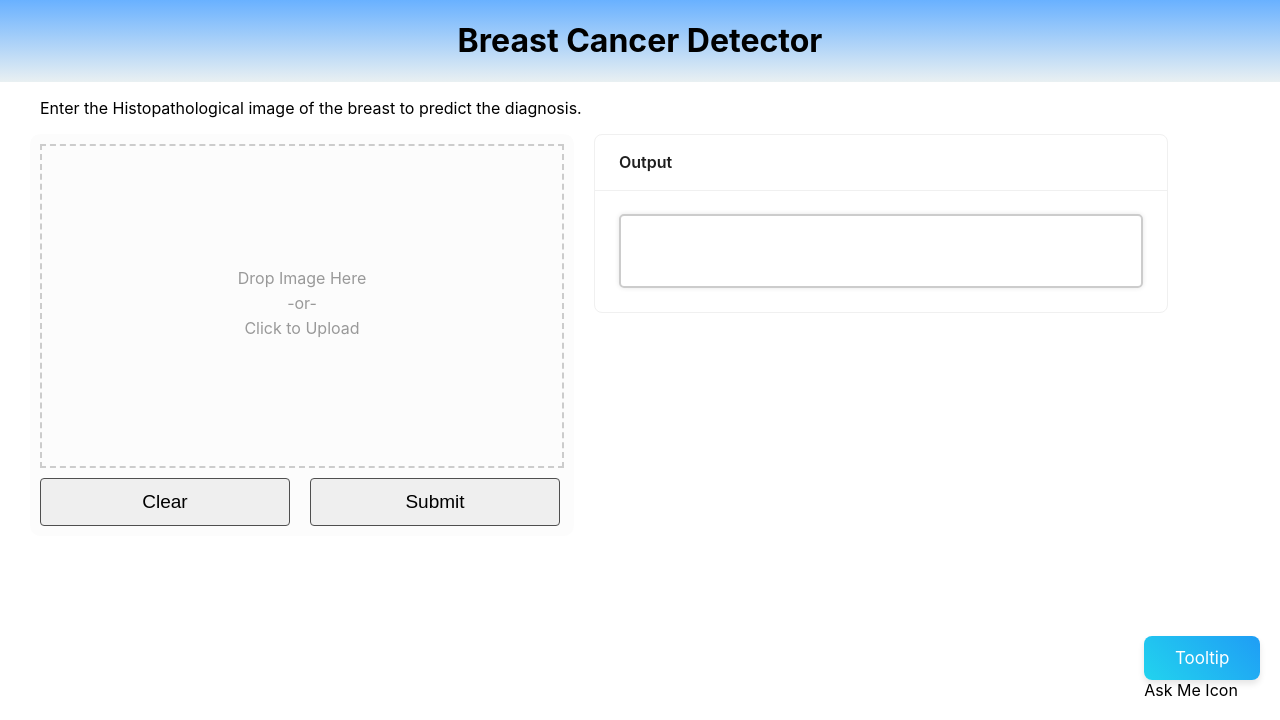
Repository: xshamrose/RAYi-AI
Page: /BreastCancerDetector-app (app in client/)
These files come from the project's save history. The page is drawn as it stood at one moment and after the next save; the edit follows.
The browser window is 1280 px wide. The pictures show the whole page.
The project was rebuilt for these pictures with package versions that can differ from the ones it lists, and the page was loaded fresh each time. Also part of the build but not shown: client/src/App.css, client/src/pages/Home.js, client/src/pages/home.css.

Above is the page before, as saved 2024-03-09 13:08:24.

### client/src/App.js
import "./App.css";
import React from "react";
import Candetect from "./pages/Candetect";
import Home from "./pages/Home";
import "./pages/home.css";
import { BrowserRouter as Router, Routes, Route } from "react-router-dom";

function App() {
  return (
    <div className="App">
      <Router>
        <Routes>
          <Route exact path="/" element={<Home />} />
          <Route path="/BreastCancerDetector-app" element={<Candetect />} />

          {/*  Future Use for Pipe Counting Detection
          <Route
            path="/Pipe"
            element={<Candetect title={headerTitle} content={content} />}
          /> */}
        </Routes>
      </Router>
    </div>
  );
}

export default App;

### client/src/pages/Candetect.js
import React, { useState } from "react";
import "../pages/Candetect.css";
import { Card } from "antd";
import deleteicon from "../assets/delete-.svg";
import axios from "axios";

function Candetect() {
  const [imageFile, setImageFile] = useState(null);
  const [errorMessage, setErrorMessage] = useState("");
  const [loading, setLoading] = useState(false);
  const [responseData, setResponseData] = useState("");

  const handleFileInputChange = (event) => {
    const file = event.target.files[0];
    if (file) {
      setImageFile(file);
    }
  };

  const handleClearImage = () => {
    setImageFile(null);
    //reset the file input
    const fileInput = document.getElementById("file-input");
    if (fileInput) {
      fileInput.value = "";
    }
    setErrorMessage("");
  };

  const handleDeleteImage = () => {
    setImageFile(null);
    //reset the file input
    const fileInput = document.getElementById("file-input");
    if (fileInput) {
      fileInput.value = "";
    }
  };

  const handleSubmit = () => {
    if (!imageFile) {
      setErrorMessage("Please upload an Image");
      console.log("Please upload an Image");
    } else {
      const formData = new FormData();
      formData.append("image", imageFile);
      setLoading(true);
      axios
        .post("http://ct.rayi.in:5002/predicttest", formData, {
          headers: {
            "Content-Type": "multipart/form-data",
          },
        })
        .then((response) => {
          setLoading(false);
          setResponseData(response.data);
          console.log(response.data);
        })
        .catch((error) => {
          if (error.response) {
            console.error("Error Response Data:", error.response.data);
            console.error("Error Response Status:", error.response.status);
          } else if (error.request) {
            console.error("No response received:", error.request);
          } else {
            console.error("Error:", error.message);
          }
          setErrorMessage("Failed to submit. Please try again.");
        });
    }
  };

  return (
    <div>
      <div
        style={{
          display: "flex",
          justifyContent: "center",
          alignContent: "center",
          flexWrap: "nowrap",
          alignItems: "center",
          backgroundImage: "linear-gradient(#69b1ff, #e9f0f2)",
          width: "100%",
        }}
      >
        <h1>Breast Cancer Detector</h1>
      </div>

      <p style={{ marginLeft: "40px" }}>
        Enter the Histopathological image of the breast to predict the
        diagnosis.
      </p>

      <div className="overallContainer">
        <div className="dragandbutton">
          <div className="image-upload-box">
            <input
              type="file"
              accept="image/*"
              id="file-input"
              className="file-input"
              onChange={handleFileInputChange}
            />
            {imageFile ? null : (
              <div>
                <label htmlFor="file-input" className="upload-label">
                  <span>Drop Image Here</span> <span>-or-</span>{" "}
                  <span>Click to Upload</span>{" "}
                </label>{" "}
                {errorMessage && (
                  <div className="error-message">{errorMessage}</div>
                )}{" "}
              </div>
            )}

            {imageFile && (
              <div className="image-preview">
                <img
                  src={URL.createObjectURL(imageFile)}
                  alt="Uploaded"
                  className="full-size-image"
                ></img>

                <div className="image-actions">
                  <img
                    src={deleteicon}
                    alt="Delete"
                    className="icon"
                    onClick={handleDeleteImage}
                  />
                </div>
              </div>
            )}
          </div>

          <div className="button-container">
            <button className="sbutton" onClick={handleClearImage}>
              Clear
            </button>
            <button className="sbutton" onClick={handleSubmit}>
              Submit
            </button>
          </div>
        </div>
        <div>
          <Card title="Output" hoverable>
            <div className="text-area">
              {loading ? (
                <div className="loader-all">
                  <div className="loader"></div>
                  <p>loading...</p>
                </div>
              ) : (
                responseData
              )}
            </div>
          </Card>
        </div>
      </div>
      <div className="ask-me-icon">
      <div class="tooltip-container">
  <span class="tooltip">Uiverse.io</span>
  <span class="text">Tooltip</span>
</div>
      <span>Ask Me Icon</span>
    </div>
    </div>
  );
}

export default Candetect;

### client/src/pages/Candetect.css
/* Candetect.css */

.image-upload-box {
    position: relative;
    display: flex;
    flex-direction: column;
    align-items: center;
    justify-content: center;
    border: 2px dashed #ccc;
    padding: 10px;
    cursor: pointer;
    width: 500px; /* Adjust the width of the box as needed */
    height: 300px; /* Adjust the height of the box as needed */
  }

  .file-input {
    display: none;
  }

  .upload-label {
    display: flex;
    flex-direction: column;
    justify-content: center;
    align-items: center;
    color: #999;
    cursor: pointer;
  }

  .upload-label span {
    margin-bottom: 5px;
  }

  .image-preview {
    position: relative;
    width: 100%;
    height: 100%;
    overflow: hidden;
    object-fit: cover;
    display: flex;
    flex-direction: row;
    flex-wrap: nowrap;
    align-content: center;
    justify-content: center;
  }

.full-size-image{
  height: auto;
  width: 450px;
}

  .image-actions {
    padding: 5px;
  }


  .sbutton {
    display: inline-block;
    padding: 12px 24px;
    border: 1px solid #4f4f4f;
    border-radius: 4px;
    transition: all 0.2s ease-in;
    position: relative;
    overflow: hidden;
    font-size: 19px;
    cursor: pointer;
    color: black;
    z-index: 1;
    width: 250px;
  }

  .sbutton:before {
    content: "";
    position: absolute;
    left: 50%;
    transform: translateX(-50%) scaleY(1) scaleX(1.25);
    top: 100%;
    width: 140%;
    height: 180%;
    background-color: rgba(0, 0, 0, 0.05);
    border-radius: 50%;
    display: block;
    transition: all 0.5s 0.1s cubic-bezier(0.55, 0, 0.1, 1);
    z-index: -1;
  }

  .sbutton:after {
    content: "";
    position: absolute;
    left: 55%;
    transform: translateX(-50%) scaleY(1) scaleX(1.45);
    top: 180%;
    width: 160%;
    height: 190%;
    background-color: #000000;
    border-radius: 50%;
    display: block;
    transition: all 0.5s 0.1s cubic-bezier(0.55, 0, 0.1, 1);
    z-index: -1;
  }

  .sbutton:hover {
    color: #ffffff;
    border: 1px solid #101111;
  }

  .sbutton:hover:before {
    top: -35%;
    background-color: #101111;
    transform: translateX(-50%) scaleY(1.3) scaleX(0.8);
  }

  .sbutton:hover:after {
    top: -45%;
    background-color: #151616;
    transform: translateX(-50%) scaleY(1.3) scaleX(0.8);
  }
  .button-container{
    gap: 20px;
    display: flex;
    align-items: center;
  }

  .dragandbutton{
    display: flex;
    flex-direction: column;
    gap: 10px;
    background-color: #c1b9b90d;
    border-radius: 10px;
    padding: 10px;
  }

  .text-area {
    display: flex;
    width: 500px;
    height: 50px;
    padding: 10px;
    border: 2px solid #ccc;
    border-radius: 5px;
    font-size: 16px;
    outline: none;
    box-shadow: 0 0 5px rgba(0, 0, 0, 0.1);
  }

  .text-area:focus {
    border-color: #007bff;
  }
  .overallContainer{
    display: flex;
    flex-direction: row;
    gap: 20px;
    flex-wrap: wrap;
    margin-left: 30px;
  }
  .error-message{
    color: red;
    font-size: medium;
  }
  .icon {
    width: 25px;
    height: 25px;
    margin-left: 8px;
    border-radius: 50%;

  }
  .icon:hover{
    transform: scale(1.1);
    color: #000000;
  }

  .compass{
    height: 30px;
    width: 30px;
  }
  .loader {
    border: 4px solid rgba(0, 0, 0, 0.776);
    border-left-color: transparent;
    border-radius: 50%;
  }

  .loader {
    border: 4px solid rgba(0, 0, 0, 0.655);
    border-left-color: transparent;
    width: 25px;
    height: 25px;
  }

  .loader {
    border: 4px solid rgba(0, 0, 0, 0.705);
    border-left-color: transparent;
    width: 25px;
    height: 25px;
    animation: spin89345 1s linear infinite;
  }

  @keyframes spin89345 {
    0% {
      transform: rotate(0deg);
    }

    100% {
      transform: rotate(360deg);
    }
  }
  .loader-all{
    display: flex;
    flex-direction: row;
    gap: 10px;
    justify-content: flex-start;
    align-items: center;
  }
  .ask-me-icon {
    position: fixed;
    bottom: 20px;
    right: 20px;
    cursor: pointer;
     }
    .tooltip-container {
      --background: linear-gradient(45deg, #22d3ee, #1f9df5);
      position: relative;
      background: var(--background);
      cursor: pointer;
      transition: all 0.2s;
      font-size: 17px;
      padding: 0.7em 1.8em;
      border-radius: 8px;
      box-shadow: 0 4px 6px rgba(0, 0, 0, 0.1);
      color: #fff;
    }

    .tooltip {
      position: absolute;
      top: 100%;
      left: 50%;
      transform: translateX(-50%) scale(0.8);
      transform-origin: bottom;
      padding: 0.3em 0.6em;
      opacity: 0;
      pointer-events: none;
      transition: all 0.3s;
      background: var(--background);
      border-radius: 4px;
      box-shadow: 0 2px 4px rgba(0, 0, 0, 0.1);
    }

    .tooltip::before {
      position: absolute;
      content: "";
      height: 0.6em;
      width: 0.6em;
      bottom: -0.2em;
      left: 50%;
      transform: translate(-50%) rotate(45deg);
      background: var(--background);
    }

    .tooltip-container:hover .tooltip {
      top: -45px;
      opacity: 1;
      visibility: visible;
      pointer-events: auto;
      transform: translateX(-50%) scale(1);
    }
    .tooltip-container:hover {
      transform: scale(0.9);
    }

Loaded but not shown: client/public/index.html (common file); client/src/index.js (common file); client/src/index.css (common file); client/src/reportWebVitals.js (common file)

After the next save:
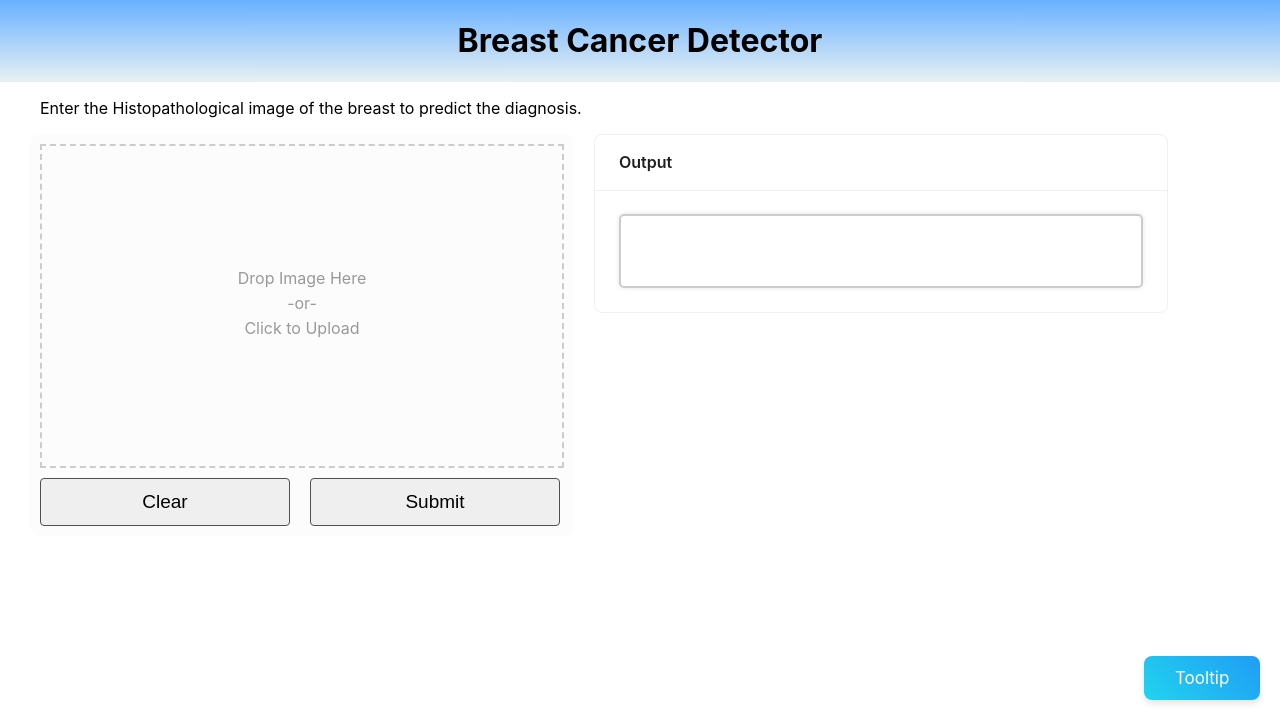
Saved 18 s later.
--- a/client/src/pages/Candetect.js
+++ b/client/src/pages/Candetect.js
@@ -161,7 +161,7 @@
   <span class="tooltip">Uiverse.io</span>
   <span class="text">Tooltip</span>
 </div>
-      <span>Ask Me Icon</span>
+
     </div>
     </div>
   );
